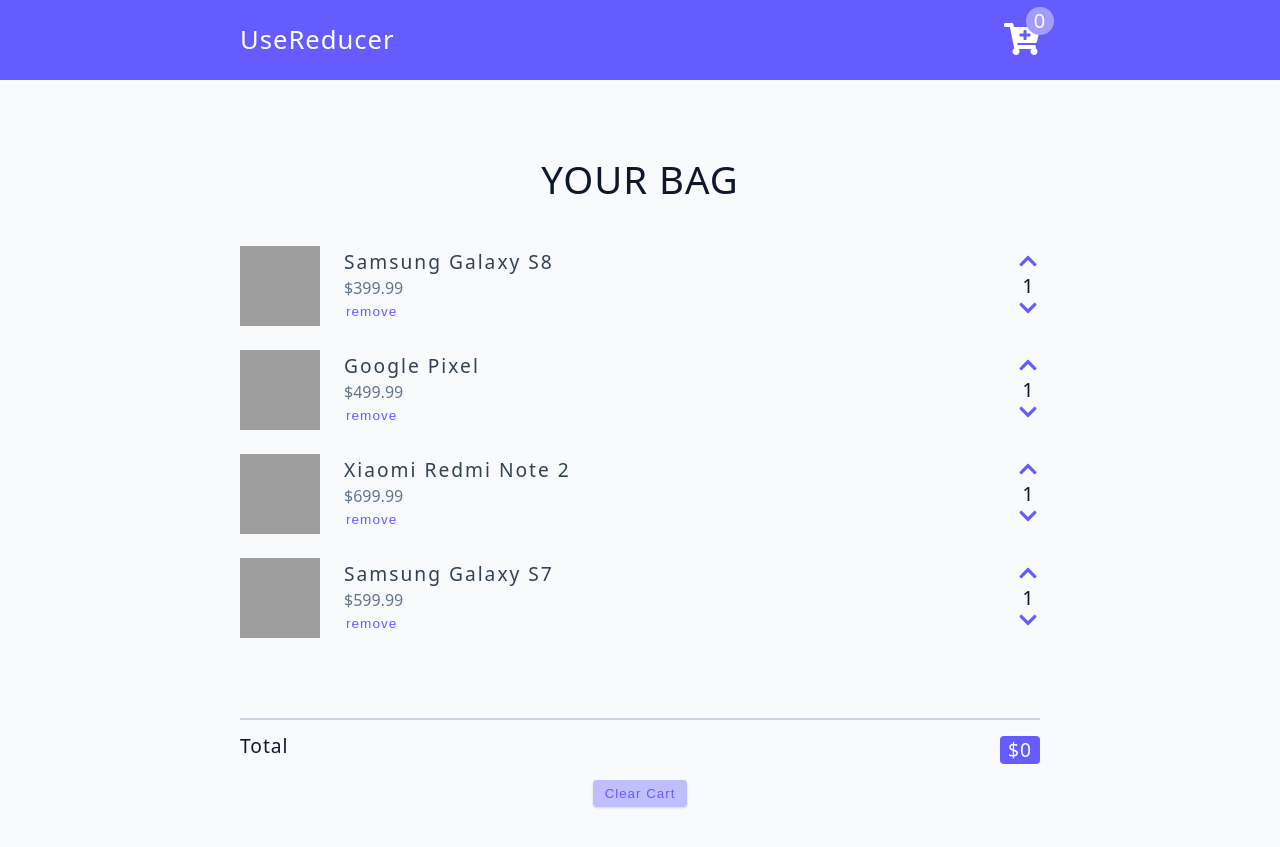
Repository: Maryie-B/React-Practice-Projects
Page: / (app in Cart/)
The author's editor kept a copy of each file at every save. The page is drawn from the files as they stood at one save, then again after the next save.
The browser window is 1280 px wide. The pictures show the whole page.
Pictures or frames that could not be fetched are drawn as grey boxes. The project was rebuilt for these pictures with package versions that can differ from the ones it lists, and the page was loaded fresh each time. Also part of the build but not shown: Cart/vite.config.js.

Above is the page before, as saved 2023-06-13 17:23:16.

### Cart/src/main.jsx
import React from 'react';
import ReactDOM from 'react-dom/client';
import App from './App';
import './index.css';
import { AppProvider } from './Context';
ReactDOM.createRoot(document.getElementById('root')).render(
  <React.StrictMode>
    <AppProvider>
      <App />
    </AppProvider>
  </React.StrictMode>
);

### Cart/src/Context.jsx
import { useContext, useReducer, useEffect, createContext } from "react";
import reducer from "./reducer";
import { CLEAR_CART, REMOVE, DECREASE, INCREASE, LOADING, DISPLAY_ITEMS } from "./actions";
import cartItems from './data'
import { getToals } from "./utils";

const AppContext = createContext();

const initialState = {
    loading: false,
    cart: new Map(cartItems.map((item) => [item.id, item]))
};

export const AppProvider = ({ children }) => {
    const [state, dispatch] = useReducer(reducer, initialState);

    const {totalAmount, totalCost} = getToals(state.cart);

    const clearCart = () => {
        dispatch({ type: CLEAR_CART });
    };

    const removeItem =(id) => {
        dispatch({type: REMOVE, payload: {id}});
    };

    const increase = (id) => {
        dispatch({type: INCREASE, payload: {id}});
    };

    const decrease = (id) => {
        dispatch({type: DECREASE, payload: {id}});
    };

    return <AppContext.Provider value={{...state, clearCart, removeItem, increase, decrease, totalAmount, totalCost}}>
        {children}
    </AppContext.Provider>
};

export const useGlobalContext = () => {
    return useContext(AppContext);
};

### Cart/src/Navbar.jsx
import { FaCartPlus } from 'react-icons/fa';
import { useGlobalContext } from './Context';
const Navbar = () => {
  const {totalAmount} = useGlobalContext();
  return (
    <nav>
      <div className='nav-center'>
        <h4>useReducer</h4>
        <div className='nav-container'>
          <FaCartPlus className='cart-icon' />
          <div className='amount-container'>
            <p className='total-amount'>{totalAmount}</p>
          </div>
        </div>
      </div>
    </nav>
  );
};

export default Navbar;

### Cart/src/CartContainer.jsx
import CartItem from './CartItem';
import { useGlobalContext } from './Context';
import cartItems from './data';
const CartContainer = () => {

  const {cart, clearCart, totalCost} = useGlobalContext();
  const cartArray = Array.from(cart.entries());

  if (cartArray.length === 0) {
    return (
      <section className='cart'>
        {/* cart header */}
        <header>
          <h2>your bag</h2>
          <h4 className='empty-cart'>is currently empty</h4>
        </header>
      </section>
    );
  }
  return (
    <section className='cart'>
      {/* cart header */}
      <header>
        <h2>your bag</h2>
      </header>
      {/* cart items */}
      <div>
        {cartArray.map((cartItem) => {
          const [id, item] = cartItem;
          return <CartItem key={id} {...item} />;
        })}
      </div>
      {/* cart footer */}
      <footer>
        <hr />
        <div>
          <h5 className='cart-total'>
            total <span>${totalCost}</span>
          </h5>
        </div>
        <button
          className='btn btn-hipster'
          onClick={clearCart}
        >
          clear cart
        </button>
      </footer>
    </section>
  );
};

export default CartContainer;

### Cart/src/reducer.js
import { CLEAR_CART, REMOVE, DECREASE, INCREASE, LOADING, DISPLAY_ITEMS } from "./actions";

const reducer = (state, action) => {
    if (action.type === CLEAR_CART) {
        return {...state, cart: new Map()};
    }
    if (action.type === REMOVE) {
        const newCart = new Map(state.cart);
        newCart.delete(action.payload.id);
        return {...state, cart: newCart};
    }
    if (action.type === INCREASE) {
        const newCart = new Map(state.cart);
        const itemId = action.payload.id;
        const item = newCart.get(itemId);
        const newItem = {...item, amount: item.amount + 1};
        newCart.set(itemId, newItem);
        return {...state, cart: newCart};
    }
    if (action.type === DECREASE) {
        const newCart = new Map(state.cart);
        const itemId = action.payload.id;
        const item = newCart.get(itemId);
        if (item.amount === 1) {
            newCart.delete(itemId);
            return {...state, cart: newCart};
        }
        const newItem = {...item, amount: item.amount - 1};
        newCart.set(itemId, newItem);
        return {...state, cart: newCart};
    }
    throw new Error(`No matching action type: ${action.type}`);
};

export default reducer;

### Cart/src/actions.js
export const CLEAR_CART = 'CLEAR-CART';
export const REMOVE = 'REMOVE';
export const INCREASE = 'INCREASE';
export const DECREASE = 'DECREASE';
export const LOADING = 'LOADING';
export const DISPLAY_ITEMS = 'DISPLAY_ITEMS';

### Cart/src/data.jsx
const cartItems = [
  {
    id: 'rec1JZlfCIBOPdcT2',
    title: 'Samsung Galaxy S8',
    price: '399.99',
    img: 'https://images2.imgbox.com/c2/14/zedmXgs6_o.png',
    amount: 1,
  },
  {
    id: 'recB6qcHPxb62YJ75',
    title: 'google pixel',
    price: '499.99',
    img: 'https://images2.imgbox.com/fb/3d/O4TPmhlt_o.png',
    amount: 1,
  },
  {
    id: 'recdRxBsE14Rr2VuJ',
    title: 'Xiaomi Redmi Note 2',
    price: '699.99',
    img: 'https://images2.imgbox.com/4f/3d/WN3GvciF_o.png',
    amount: 1,
  },
  {
    id: 'recwTo160XST3PIoW',
    title: 'Samsung Galaxy S7',
    price: '599.99 ',
    img: 'https://images2.imgbox.com/2e/7c/yFsJ4Zkb_o.png',
    amount: 1,
  },
];

export default cartItems;

### Cart/src/utils.js
export const getToals = (cart) => {
    console.log(cart);
    let totalAmount = 0;
    let totalCost = 0;

    return {totalAmount, totalCost};
};

### Cart/src/CartItem.jsx
import { FaChevronUp, FaChevronDown } from 'react-icons/fa';
import { useGlobalContext } from './Context';
const CartItem = ({ id, img, title, price, amount }) => {
    const { removeItem, increase, decrease } = useGlobalContext();

  return (
    <article className='cart-item'>
      <img src={img} alt={title} />
      <div>
        <h5>{title}</h5>
        <span className='item-price'>${price}</span>
        {/* remove button */}
        <button className='remove-btn' onClick={() => removeItem(id)}>
          remove
        </button>
      </div>
      <div>
        {/* increase amount */}
        <button className='amount-btn' onClick={() => increase(id)}>
          <FaChevronUp className='amount-icon' />
        </button>
        {/* amount */}
        <span className='amount'>{amount}</span>
        {/* decrease amount */}
        <button className='amount-btn' onClick={() => decrease(id)}>
          <FaChevronDown className='amount-icon' />
        </button>
      </div>
    </article>
  );
};

export default CartItem;

Loaded but not shown: Cart/index.html (common file); Cart/src/App.jsx (common file); Cart/src/index.css (common file)

After the next save:
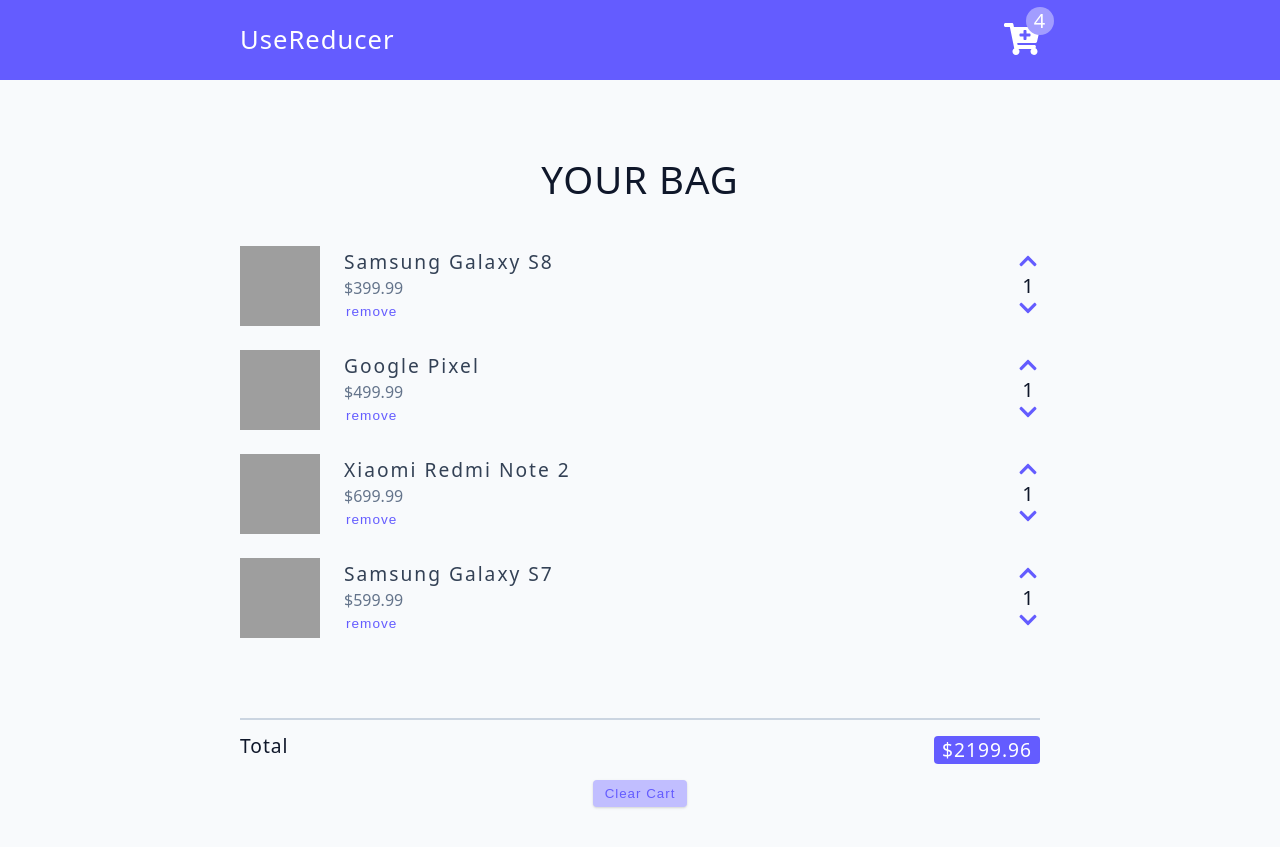
Saved 92 s later.
--- a/Cart/src/utils.js
+++ b/Cart/src/utils.js
@@ -3,5 +3,10 @@
     let totalAmount = 0;
     let totalCost = 0;
 
+    for (let { amount, price } of cart.values()) {
+        totalAmount += amount;
+        totalCost += amount * price;
+    }
+
     return {totalAmount, totalCost};
 };
